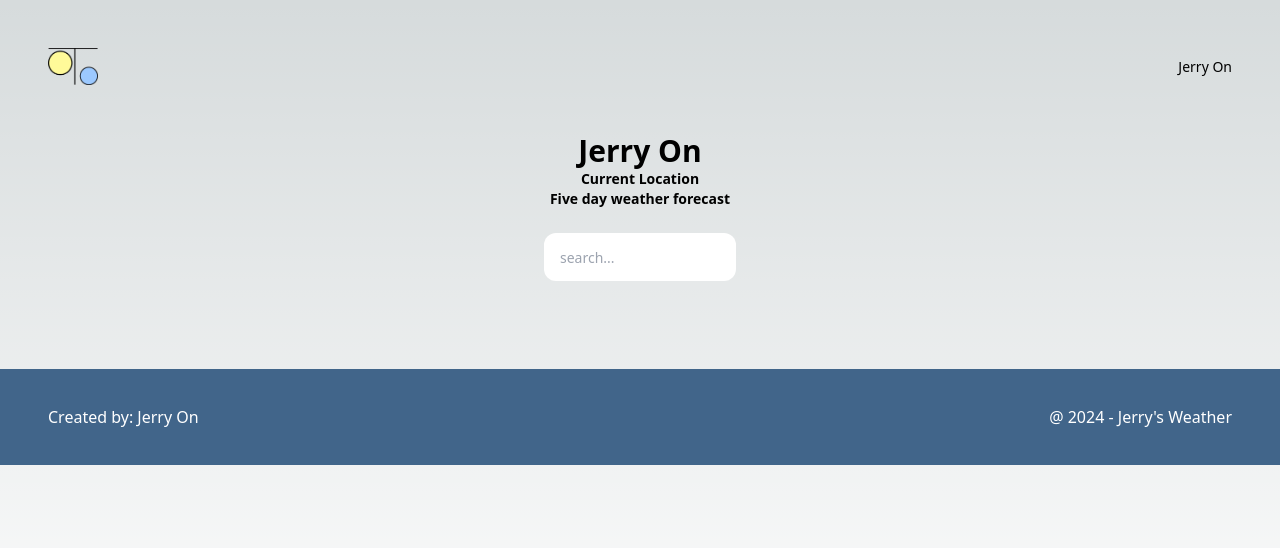
Repository: JerryWuOn/weatherAppMid
Page: /
These files come from the project's save history. The page is drawn as it stood at one moment and after the next save; the edit follows.
The browser window is 1280 px wide. The pictures show the whole page.
The project was rebuilt for these pictures with package versions that can differ from the ones it lists, and the page was loaded fresh each time. The framework's server and built-in components were replaced by stand-ins that run in the browser. Also part of the build but not shown: next.config.mjs.

Above is the page before, as saved 2024-02-12 19:15:38.

### src/pages/index.tsx

import Header from "@/components/Header";
import Footer from "@/components/Footer";
import { useState} from "react";

export default function Home() {
  const [data,setData] = useState<IWeather | null>(null);
  const [forcast,setForcast] = useState<IForecast| null>(null);

  const [city, setCity] = useState('');

    const handleLocation = (jerry) => {
        setCity(jerry.target.value);
    }

    const formatDate = (timestamp) => {
      return new Date(timestamp * 1000).toLocaleDateString('en-Ca', {
        year: 'numeric',
        month: 'long',
        day: 'numeric',
      });
    };

    const handleSubmit = (jerry) => {
        jerry.preventDefault();
        const apiKey = "fa86376a0b2615057a19374755185488"
        const API_URL = `https://api.openweathermap.org/data/2.5/weather?q=${city}&units=metric&appid=${apiKey}`
        const API_fiveDay = `https://api.openweathermap.org/data/2.5/forecast?q=${city}&units=metric&appid=${apiKey}`


      fetch(API_URL)
      .then(response => response.json())
      .then(response => {
        console.log(response);
        setData(response);
      })
      .catch(err => {
        console.log(err);
      })

      fetch(API_fiveDay)
      .then(response => response.json())
      .then(response => {
        console.log(response);
        setForcast(response);
      })
      .catch(err => {
        console.log(err);
      })
      setCity('');
    }



  return (
    <main className="flex flex-col min-h-screen w-full">
      <div className="flex flex-col w-5xl justify-between w-full items-center  text-sm ">
        <div className="flex flex-row w-full items-center justify-between gap-x-4 p-12">
          <Header></Header>
        </div>
        <div className="flex flex-col justify-center text-center">
          <div className="font-bold text-3xl">Jerry On</div>
          <div className="font-bold">Current Location</div>
          <div className="font-bold mb-6">Five day weather forecast</div>
          <form onSubmit={handleSubmit}>
            <input className="rounded-xl h-12 w-48 p-4 mb-6" type="text" placeholder="search..." value={city} onChange={handleLocation}/>
          </form>

          {data && data.main && data.weather && data.wind && data.dt &&(
            <div>
              {data.weather.map((d, index)=> (
                <div key={index}>
                  <h1>Weather: {d.main}</h1>
                </div>
              ))}
              <h1>Temperature: {data.main.temp}</h1>
              <h1>Wind: {data.wind.speed}</h1>
              <h1>Date: {formatDate(data.dt)}</h1>
            </div>
          )}

          {forcast && forcast.list && (
            <div>
              {forcast.list.slice(0,1).map((d, index)=> (
                <div key={index}>
                  <h1>Temp: {d.main.temp.toFixed(1)}</h1>
                  {d.weather.map((d, index)=> (
                <div key={index}>
                  <h1>Weather: {d.main}</h1>

                </div>

              ))}
              {d.weather.map((d, index)=> (
                <div key={index}>
                  <h1>Description: {d.description}</h1>
                </div>
              ))}
                <h1>Wind Speed: {d.wind.speed}</h1>

                </div>
              ))}

            </div>
          )}

        </div>
        </div>

        <div className="flex bg-footer w-full bg-fixed text-white mt-16 px-12">
          <div className="flex h-24 w-full items-center justify-between">
            <Footer/>
          </div>
        </div>

    </main>
  );
}

### src/components/Header/index.tsx
import { useState } from "react"
import Image from "next/image"

import Logo from "../../../public/images/jerryWeather.png"


export default function Header(){
    return (
        <div className="flex w-full">
            <div className="flex flex-row w-full items-center justify-between gap-x-4 ">
                <div className="flex justify-between">
                    <Image src={Logo} alt="logo" width={50} height={50}/>
                </div>
                <div className="flex justify-between">
                    <h1>Jerry On</h1>
                </div>
            </div>
        </div>
    )
}

### src/components/Footer/index.tsx
export default function Footer(){
    return (
        <div className="flex w-full items-center ">
            <div className="flex w-full items-center justify-between">
                <div className="flex px-18">
                    Created by: Jerry On
                </div>
                <div className="flex px-18">
                    @ 2024 - Jerry's Weather
                </div>
            </div>
        </div>
    )
}

### tailwind.config.ts
import type { Config } from "tailwindcss";

const config: Config = {
  content: [
    "./src/pages/**/*.{js,ts,jsx,tsx,mdx}",
    "./src/components/**/*.{js,ts,jsx,tsx,mdx}",
    "./src/app/**/*.{js,ts,jsx,tsx,mdx}",
  ],
  theme: {
    colors: {
      'footer' : '#41658A',
      'white' : '#FFFFFF'
    },
    extend: {
      backgroundImage: {
        "gradient-radial": "radial-gradient(var(--tw-gradient-stops))",
        "gradient-conic":
          "conic-gradient(from 180deg at 50% 50%, var(--tw-gradient-stops))",
      },
    },
  },
  plugins: [],
};
export default config;

Loaded but not shown: src/pages/_app.tsx (common file); src/pages/_document.tsx (common file); src/styles/globals.css (common file)

After the next save:
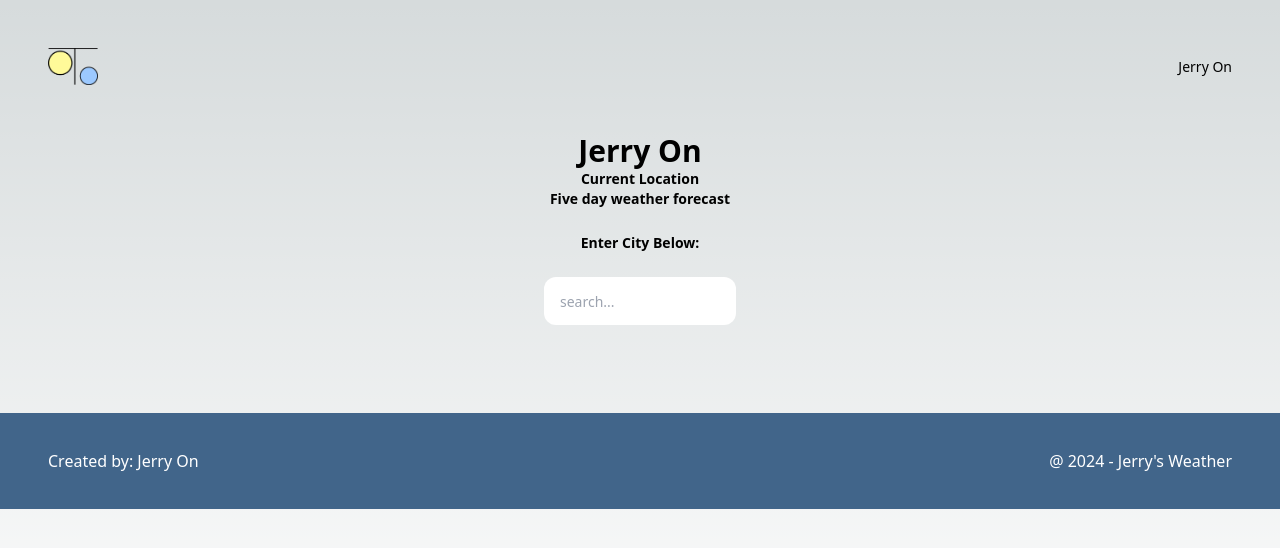
Saved 72 s later.
--- a/src/pages/index.tsx
+++ b/src/pages/index.tsx
@@ -62,9 +62,11 @@ export default function Home() {
           <div className="font-bold text-3xl">Jerry On</div>
           <div className="font-bold">Current Location</div>
           <div className="font-bold mb-6">Five day weather forecast</div>
+          <div className="font-bold mb-6">Enter City Below:</div>
           <form onSubmit={handleSubmit}>
             <input className="rounded-xl h-12 w-48 p-4 mb-6" type="text" placeholder="search..." value={city} onChange={handleLocation}/>
           </form>
+
 
           {data && data.main && data.weather && data.wind && data.dt &&(
             <div>
